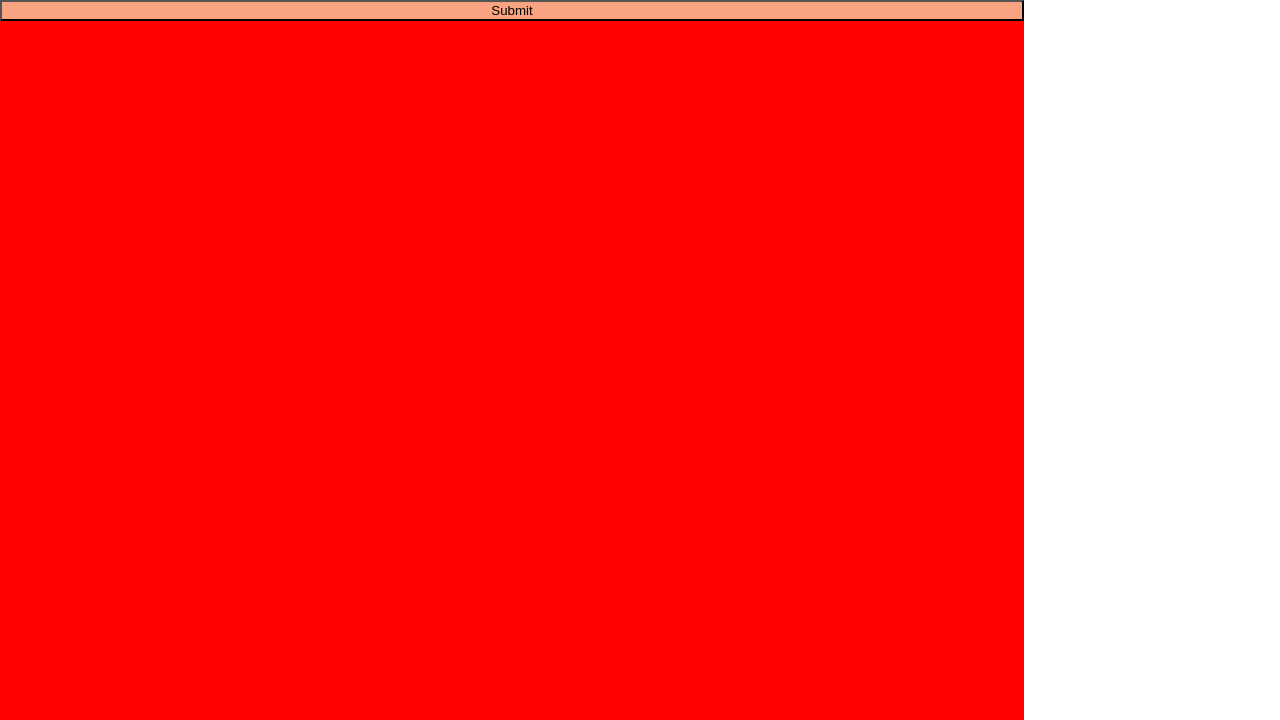
Repository: fatimash2123/todoApp
Page: /
An editor plug-in stored every save of this project. The page is shown before and after the next save, followed by the edit.
The browser window is 1280 px wide. The pictures show the whole page.
The project was rebuilt for these pictures with package versions that can differ from the ones it lists, and the page was loaded fresh each time.

Above is the page before, as saved 2024-02-12 16:27:16.

### src/App.tsx
import Register from "./pages/Register/Register";

function App() {
  return (
    <Register/>
  );
}

export default App;

### src/pages/Register/Register.tsx
import FormicContainer from "../../components/FormicContainer/FormicContainer"

function Register(){
    return(
        <FormicContainer></FormicContainer>
    )

}

export default Register

### src/components/FormicContainer/FormicContainer.tsx
import { Formik, Form } from "formik";
import * as Yup from "yup";
import Button from "../Button/Button";
import styles from "./FormicContainer.module.css"
interface FormikState {
  name: string;
  email: string;
  password: string;
  confirmPassword: string;
}

function FormicContainer() {
  const initialValues: FormikState = {
    name: "",
    email: "",
    password: "",
    confirmPassword: "",
  };
  const validationSchema = Yup.object({});
  const onSubmit = (values: FormikState) => {
    console.log("Form data", values);
  };
  return (
    <Formik className={styles.formikContainer}
      initialValues={initialValues}
      validationSchema={validationSchema}
      onSubmit={onSubmit}
    >
      {(formik) => (
        <Form className={styles.formMain}>
          <Button type="submit" label="Submit"/>
        </Form>
      )}
    </Formik>
  );
}

export default FormicContainer;

### src/components/Button/Button.tsx
import styles from "./Button.module.css"
interface ButtonProps{
    readonly label:string,
    readonly type:"submit"
}
function Button({label,type}:ButtonProps){
    return(
        <button className={styles.button} type={type}>{label}</button>
    )
}
export default Button

### src/components/FormicContainer/FormicContainer.module.css
.formikContainer{
    width:100%;
    background-color: yellow;
}
.formMain{
    display: flex;
    flex-direction: column;
    width: 80%;
    height: 100vh;
    background-color: red;
}

### src/components/Button/Button.module.css
.button{
    background-color: #FAA381;
    width:"100%"

}

Loaded but not shown: public/index.html (common file); src/index.tsx (common file); src/index.css (common file); src/reportWebVitals.ts (common file)

After the next save:
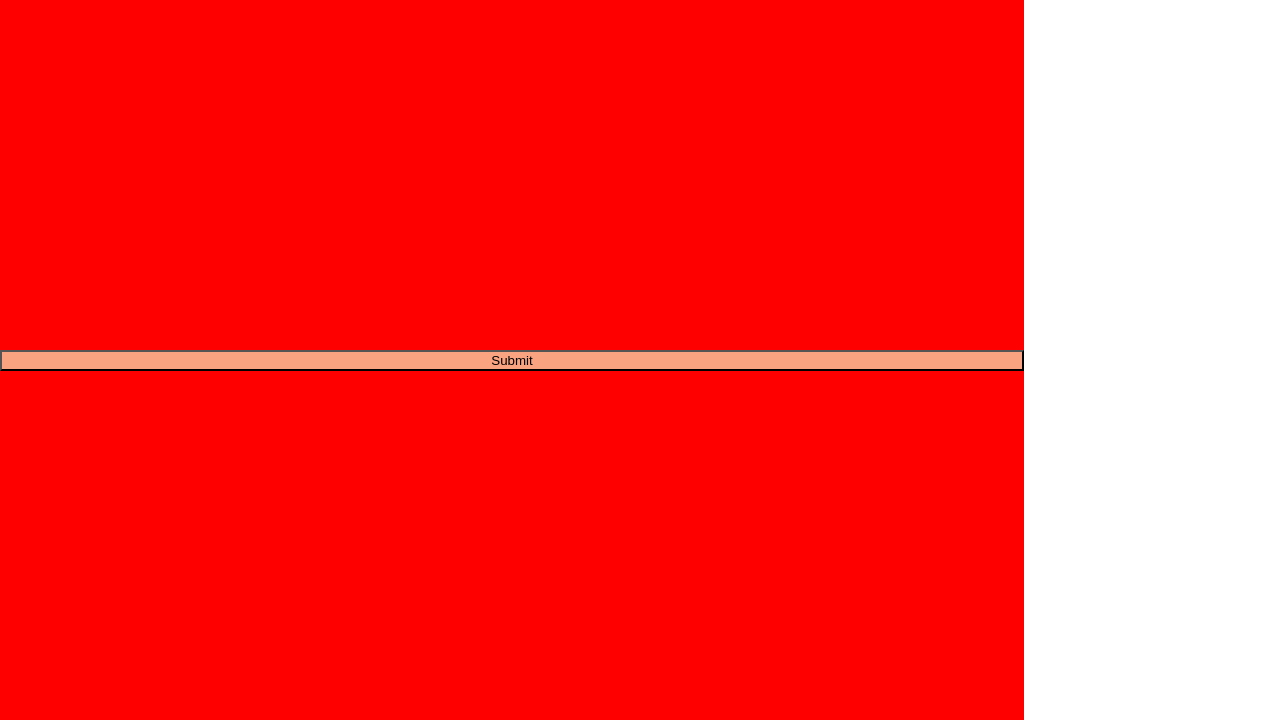
Saved 17 s later.
--- a/src/components/FormicContainer/FormicContainer.module.css
+++ b/src/components/FormicContainer/FormicContainer.module.css
@@ -1,11 +1,8 @@
-.formikContainer{
-    width:100%;
-    background-color: yellow;
-}
 .formMain{
     display: flex;
     flex-direction: column;
     width: 80%;
     height: 100vh;
     background-color: red;
+    justify-content: center;
 }
